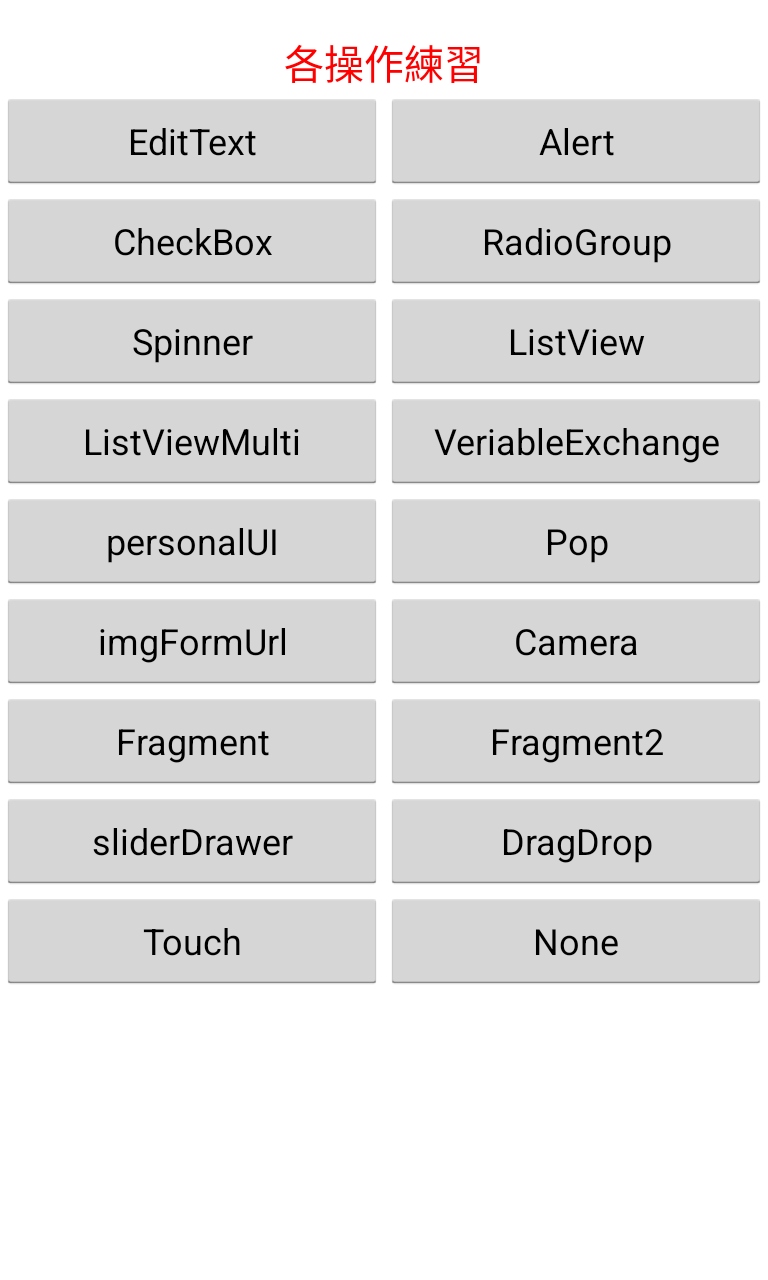
Repository: NTUSTCMAPP/cmapp
Layout: Test/Test/res/layout/activity_main.xml
These files come from the project's save history. The layout is drawn as it stood at one moment and after the next save; the edit follows.
It is drawn on a 768 x 1280 px phone screen (xhdpi) without system bars, with theme AppTheme; the app's code is not run. The app's manifest (not shown) leaves right-to-left support off. So textAlignment, textDirection and layoutDirection are ignored, and left and right values win over start and end ones.

Above is the layout before, as saved 2015-04-27 10:02:46.

### Test/Test/res/layout/activity_main.xml
<RelativeLayout xmlns:android="http://schemas.android.com/apk/res/android"
    xmlns:tools="http://schemas.android.com/tools"
    android:layout_width="match_parent"
    android:layout_height="match_parent"
    android:layout_margin="0dp"
    android:paddingBottom="@dimen/activity_vertical_margin"
    android:paddingLeft="@dimen/activity_horizontal_margin"
    android:paddingRight="@dimen/activity_horizontal_margin"
    android:paddingTop="@dimen/activity_vertical_margin"
    tools:context="com.cmapp.test.MainActivity" >

	<TextView
	    android:id="@+id/Title"
	    android:text="@string/Title"
	    android:layout_width="wrap_content"
	    android:layout_height="wrap_content"
	    android:layout_centerHorizontal="true"
	    android:textSize="20sp"
	    android:textColor="#FF0000">
	</TextView>

	<LinearLayout
	    android:id="@+id/LL1"
	    android:layout_width="fill_parent"
	    android:layout_height="wrap_content"
	    android:orientation="horizontal"
	    android:layout_below="@+id/Title"
	    android:weightSum="2">

	<Button android:id="@+id/editText"
	    android:layout_height="50dp"
	    android:layout_width="0dp"
	    android:layout_weight="1"
	    android:text="EditText"
	    />
	<Button android:id="@+id/Alert"
	    android:layout_height="50dp"
	    android:layout_width="0dp"
	    android:layout_weight="1"
	    android:layout_below="@+id/Title"
	    android:layout_toRightOf="@+id/editText"
	    android:text="Alert"
	    />
	</LinearLayout>
	<LinearLayout
	     android:id="@+id/LL2"
	    android:layout_width="fill_parent"
	    android:layout_height="wrap_content"
	    android:orientation="horizontal"
	    android:layout_below="@+id/LL1"
	    android:weightSum="2">

	<Button android:id="@+id/CheckBox"
	    android:layout_height="50dp"
	    android:layout_width="0dp"
	    android:layout_weight="1"
	    android:text="CheckBox"
	    />
	<Button android:id="@+id/RadioGroup"
	    android:layout_height="50dp"
	    android:layout_width="0dp"
	    android:layout_weight="1"

	    android:layout_toRightOf="@+id/editText"
	    android:text="RadioGroup"
	    />
	</LinearLayout>

	<LinearLayout
	    android:id="@+id/LL4"
	    android:layout_width="fill_parent"
	    android:layout_height="wrap_content"
	    android:layout_below="@+id/LL3"
	    android:layout_margin="0dp"
	    android:orientation="horizontal"
	    android:padding="0dp"
	    android:weightSum="2" >

	<Button
	    android:id="@+id/ListViewMulti"
	    android:layout_width="0dp"
	    android:layout_height="50dp"
	    android:layout_margin="0dp"
	    android:layout_weight="1"
	    android:minHeight="48dp"
	    android:text="ListViewMulti" />

	<Button
	    android:id="@+id/VeriableExchange"
	    android:layout_width="0dp"
	    android:layout_height="50dp"
	    android:layout_margin="0dp"
	    android:layout_toRightOf="@+id/ListViewMulti"
	    android:layout_weight="1"
	    android:text="VeriableExchange" />

	</LinearLayout>
	<LinearLayout
	     android:id="@+id/LL5"
	    android:layout_width="fill_parent"
	    android:layout_height="wrap_content"
	    android:orientation="horizontal"
	    android:layout_below="@+id/LL4"
	    android:weightSum="2">

	<Button android:id="@+id/personalUI"
	    android:layout_height="50dp"
	    android:layout_width="0dp"
	    android:layout_weight="1"
	    android:text="personalUI"
	    />
	<Button android:id="@+id/pop"
	    android:layout_height="50dp"
	    android:layout_width="0dp"
	    android:layout_weight="1"
	    android:layout_toRightOf="@+id/personalUI"
	    android:text="Pop"
	    />
	</LinearLayout>

	<LinearLayout
	    android:id="@+id/LL3"
	    android:layout_width="fill_parent"
	    android:layout_height="wrap_content"
	    android:layout_alignParentLeft="true"
	    android:layout_below="@+id/LL2"
	    android:layout_margin="0dp"
	    android:layout_marginBottom="0dp"
	    android:layout_marginStart="0dp"
	    android:layout_marginTop="0dp"
	    android:orientation="horizontal"
	    android:weightSum="2" >

	    <Button
	        android:id="@+id/Spinner"
	        android:layout_width="0dp"
	        android:layout_height="50dp"
	        android:layout_weight="1"
	        android:text="Spinner" />

	    <Button
	        android:id="@+id/ListView"
	        android:layout_width="0dp"
	        android:layout_height="50dp"
	        android:layout_toRightOf="@+id/Spinner"
	        android:layout_weight="1"
	        android:text="ListView" />
	</LinearLayout>
	<LinearLayout
	    android:id="@+id/LL6"
	    android:layout_width="fill_parent"
	    android:layout_height="wrap_content"
	    android:layout_alignParentLeft="true"
	    android:layout_below="@+id/LL5"
	    android:layout_margin="0dp"
	    android:layout_marginBottom="0dp"
	    android:layout_marginStart="0dp"
	    android:layout_marginTop="0dp"
	    android:orientation="horizontal"
	    android:weightSum="2" >

	    <Button
	        android:id="@+id/imgFormUrl"
	        android:layout_width="0dp"
	        android:layout_height="50dp"
	        android:layout_weight="1"
	        android:text="imgFormUrl" />

	    <Button
	        android:id="@+id/Camera"
	        android:layout_width="0dp"
	        android:layout_height="50dp"
	        android:layout_toRightOf="@+id/imgFormUrl"
	        android:layout_weight="1"
	        android:text="Camera" />
	</LinearLayout>
	<LinearLayout
	    android:id="@+id/LL7"
	    android:layout_width="fill_parent"
	    android:layout_height="wrap_content"
	    android:layout_alignParentLeft="true"
	    android:layout_below="@+id/LL6"
	    android:layout_margin="0dp"
	    android:layout_marginBottom="0dp"
	    android:layout_marginStart="0dp"
	    android:layout_marginTop="0dp"
	    android:orientation="horizontal"
	    android:weightSum="2" >

	    <Button
	        android:id="@+id/fragment"
	        android:layout_width="0dp"
	        android:layout_height="50dp"
	        android:layout_weight="1"
	        android:text="Fragment" />

	    <Button
	        android:id="@+id/Fragment2"
	        android:layout_width="0dp"
	        android:layout_height="50dp"
	        android:layout_toRightOf="@+id/fragment"
	        android:layout_weight="1"
	        android:text="Fragment2" />
	</LinearLayout>
	<LinearLayout
	    android:id="@+id/LL8"
	    android:layout_width="fill_parent"
	    android:layout_height="wrap_content"
	    android:layout_alignParentLeft="true"
	    android:layout_below="@+id/LL7"
	    android:layout_margin="0dp"
	    android:layout_marginBottom="0dp"
	    android:layout_marginStart="0dp"
	    android:layout_marginTop="0dp"
	    android:orientation="horizontal"
	    android:weightSum="2" >

	    <Button
	        android:id="@+id/sliderDrawer"
	        android:layout_width="0dp"
	        android:layout_height="50dp"
	        android:layout_weight="1"
	        android:text="sliderDrawer" />

	    <Button
	        android:id="@+id/DragDrop"
	        android:layout_width="0dp"
	        android:layout_height="50dp"
	        android:layout_toRightOf="@+id/sliderDrawer"
	        android:layout_weight="1"
	        android:text="DragDrop" />
	</LinearLayout>
	<LinearLayout
	    android:id="@+id/LL9"
	    android:layout_width="fill_parent"
	    android:layout_height="wrap_content"
	    android:layout_alignParentLeft="true"
	    android:layout_below="@+id/LL8"
	    android:layout_margin="0dp"
	    android:layout_marginBottom="0dp"
	    android:layout_marginStart="0dp"
	    android:layout_marginTop="0dp"
	    android:orientation="horizontal"
	    android:weightSum="2" >

	    <Button
	        android:id="@+id/Touch"
	        android:layout_width="0dp"
	        android:layout_height="50dp"
	        android:layout_weight="1"
	        android:text="Touch" />

	    <Button
	        android:id="@+id/None"
	        android:layout_width="0dp"
	        android:layout_height="50dp"
	        android:layout_toRightOf="@+id/Touch"
	        android:layout_weight="1"
	        android:text="None" />
	</LinearLayout>

</RelativeLayout>

### Test/Test/res/values/dimens.xml
<resources>

    <!-- Default screen margins, per the Android Design guidelines. -->
    <dimen name="activity_horizontal_margin">0dp</dimen>
    <dimen name="activity_vertical_margin">16dp</dimen>

</resources>

### Test/Test/res/values/strings.xml
<?xml version="1.0" encoding="utf-8"?>
<resources>

    <string name="app_name">Test</string>
    <string name="hello_world">Hello world!</string>
    <string name="action_settings">Settings</string>
	<string name="Title">各操作練習</string>
	<string name="drawer_open">Open navigation drawer</string>
    <string name="drawer_close">Close navigation drawer</string>
    <string name="action_websearch">Web search</string>
    <string-array name="spinnerSelect">
        <item>A</item>
        <item>B</item>
        <item>C</item>
        <item>D</item>
    </string-array>
</resources>

Loaded but not shown: Test/Test/res/values/styles.xml (common file); Test/Test/res/values-v11/styles.xml (common file); Test/Test/res/values-v14/styles.xml (common file); Test/Test/res/values-w820dp/dimens.xml (common file)

After the next save:
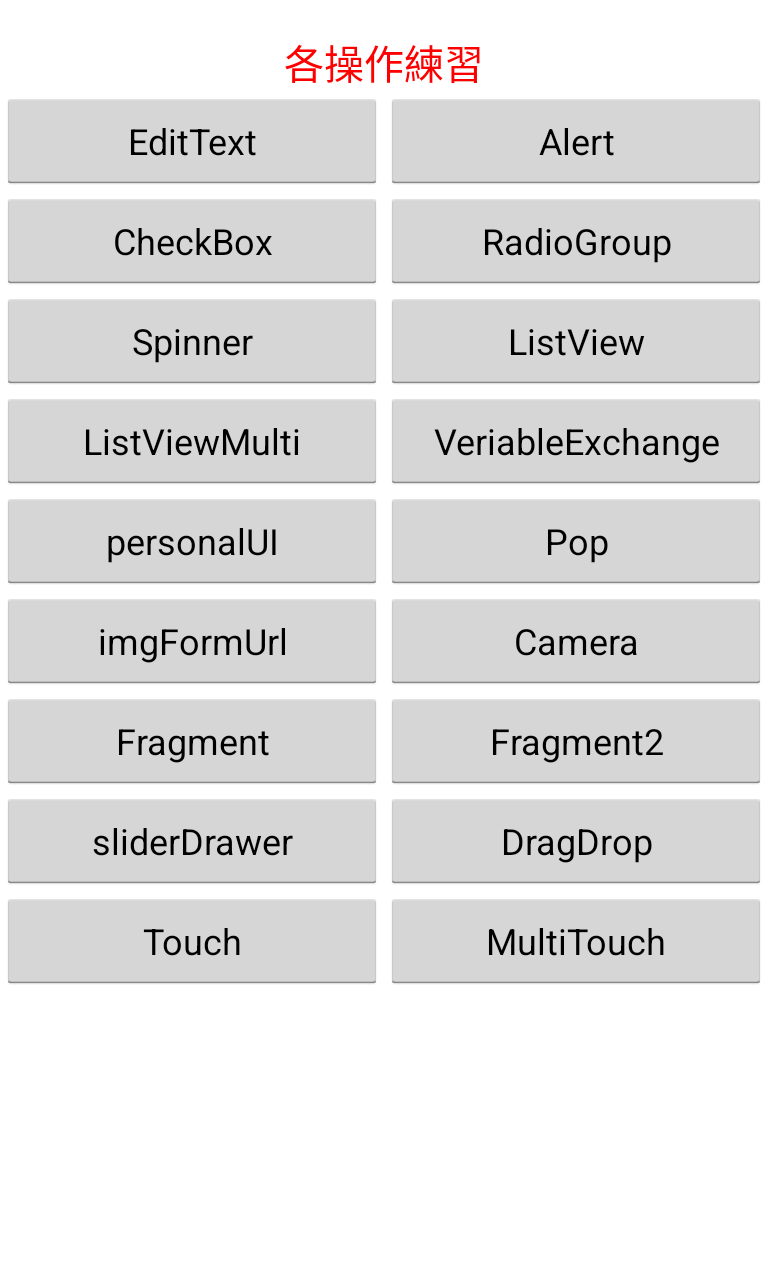
Saved 3 min 5 s later.
--- a/Test/Test/res/layout/activity_main.xml
+++ b/Test/Test/res/layout/activity_main.xml
@@ -251,12 +251,12 @@
 	        android:text="Touch" />
 
 	    <Button
-	        android:id="@+id/None"
+	        android:id="@+id/MultiTouch"
 	        android:layout_width="0dp"
 	        android:layout_height="50dp"
 	        android:layout_toRightOf="@+id/Touch"
 	        android:layout_weight="1"
-	        android:text="None" />
+	        android:text="MultiTouch" />
 	</LinearLayout>
 
 </RelativeLayout>
